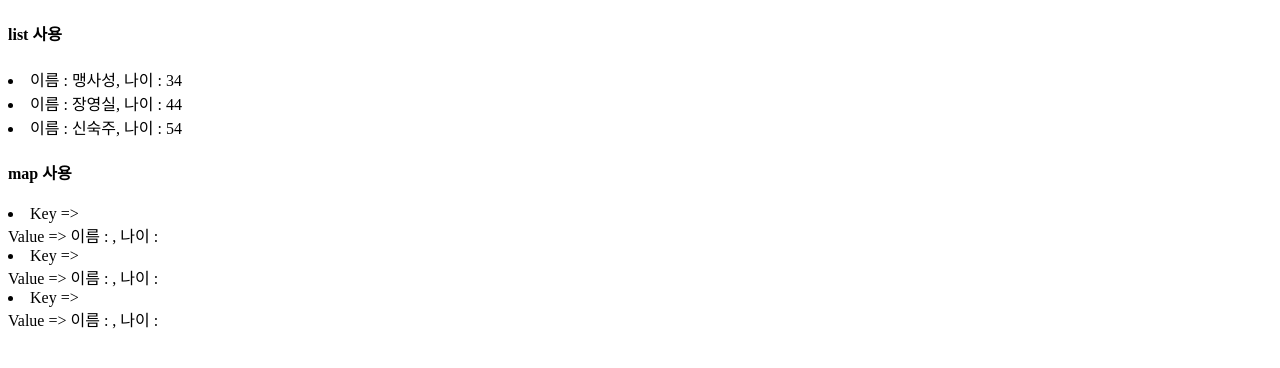
Repository: bluelessman/JSPServlet
Page: http://localhost/ServletStudy/11JSTL/ForEachExtend2.jsp
The author's editor kept a copy of each file at every save. The page is drawn from the files as they stood at one save, then again after the next save.
The browser window is 1280 px wide. The pictures show the whole page.
The page is served by Tomcat 10.

Above is the page before, as saved 2023-12-19 03:26:15.

After the next save:
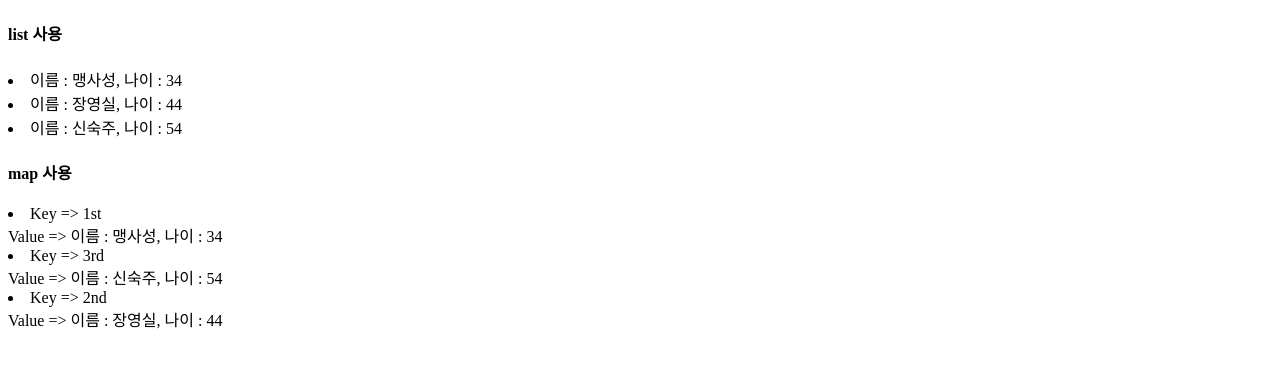
Saved 18 s later.
--- a/ServletStudy/src/main/webapp/11JSTL/ForEachExtend2.jsp
+++ b/ServletStudy/src/main/webapp/11JSTL/ForEachExtend2.jsp
@@ -34,7 +34,7 @@ maps.put("2nd",new Person("장영실",44));
 maps.put("3rd",new Person("신숙주",54));
 %>
 <c:set var="maps" value="<%=maps %>"/>
-<c:forEach items="${maps }" var="mal">
+<c:forEach items="${maps }" var="map">
 <li>Key => ${map.key }<br/>
 Value => 이름 : ${map.value.name }, 나이 : ${map.value.age }
 </li>
